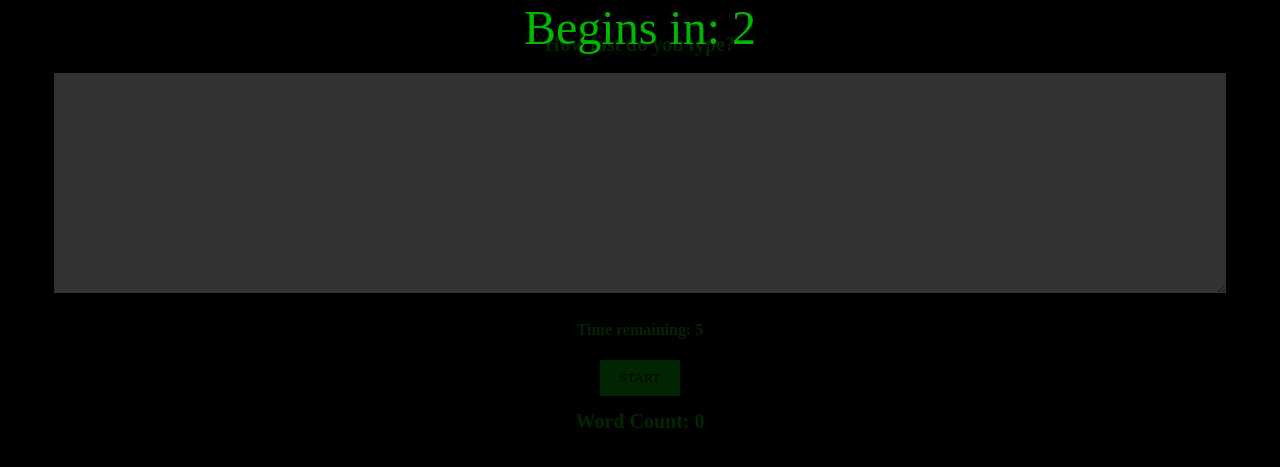
Repository: Lakshyyaa/Speed-Test
Page: /, after clicking the first element matching `button`
The author's editor kept a copy of each file at every save. The page is drawn from the files as they stood at one save, then again after the next save.
The browser window is 1280 px wide. The pictures show the whole page.
The page's requests for data from a server got no answer. The project was rebuilt for these pictures with package versions that can differ from the ones it lists, and the page was loaded fresh each time. No one was signed in, and anything a server would have sent is missing. Also part of the build but not shown: src/Logic.js.

Above is the page before, as saved 2023-04-05 15:46:24.

After the next save:
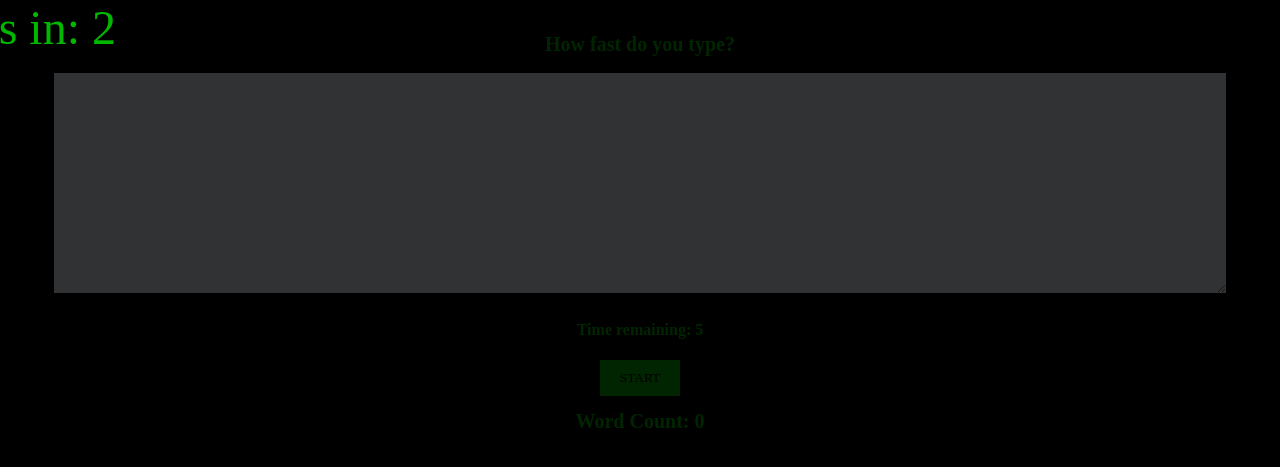
Saved 6 s later.
--- a/src/styles.css
+++ b/src/styles.css
@@ -13,7 +13,7 @@ body {
     z-index: 20;
     position: fixed;
     top: 50%;
-    left: 50%;
+    /* left: 50%; */
     transform: translate(-50%, -50%);
     font-size: 3rem;
     display: none;
